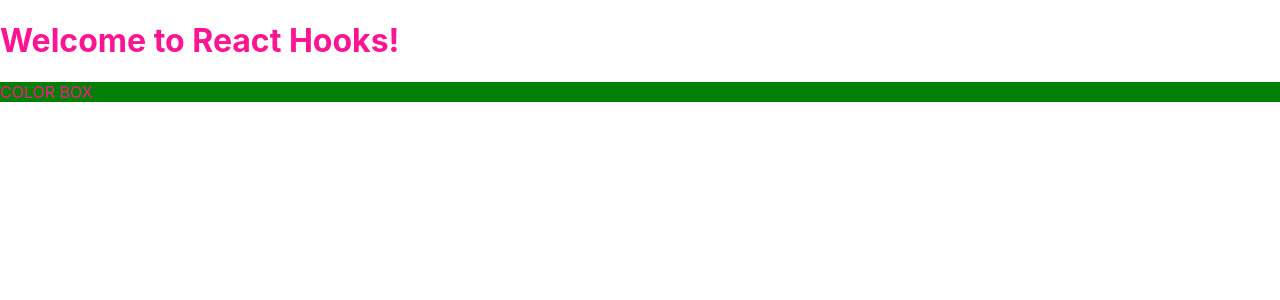
Repository: TranNgocPhuongNhi/react-hooks-basic
Page: /
The author's editor kept a copy of each file at every save. The page is drawn from the files as they stood at one save, then again after the next save.
The browser window is 1280 px wide. The pictures show the whole page.
The project was rebuilt for these pictures with package versions that can differ from the ones it lists, and the page was loaded fresh each time.

Above is the page before, as saved 2021-09-06 11:19:06.

After the next save:
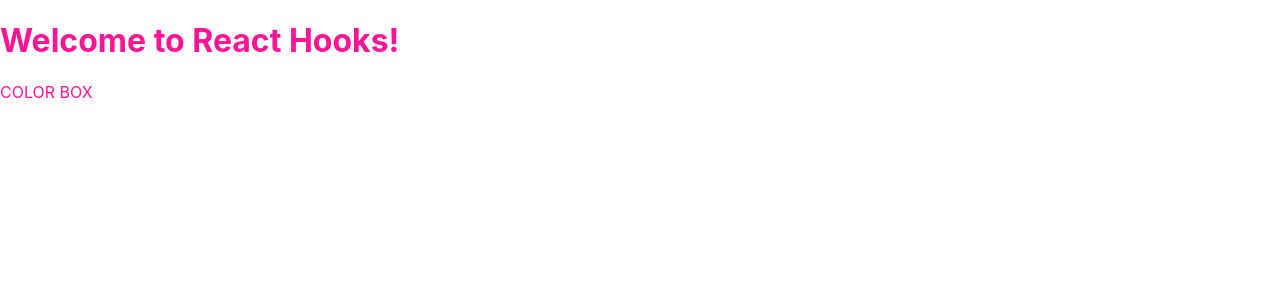
Saved 13 s later.
--- a/src/ColorBox/index.jsx
+++ b/src/ColorBox/index.jsx
@@ -13,7 +13,7 @@
 
 function ColorBox() {
     const initColor = localStorage.getItem('box-color') || 'deepink'
-    const [color, setColor] = useState('green')
+    const [color, setColor] = useState(initColor)
 
     function handleBoxClick() {
         // get random color -> set color
